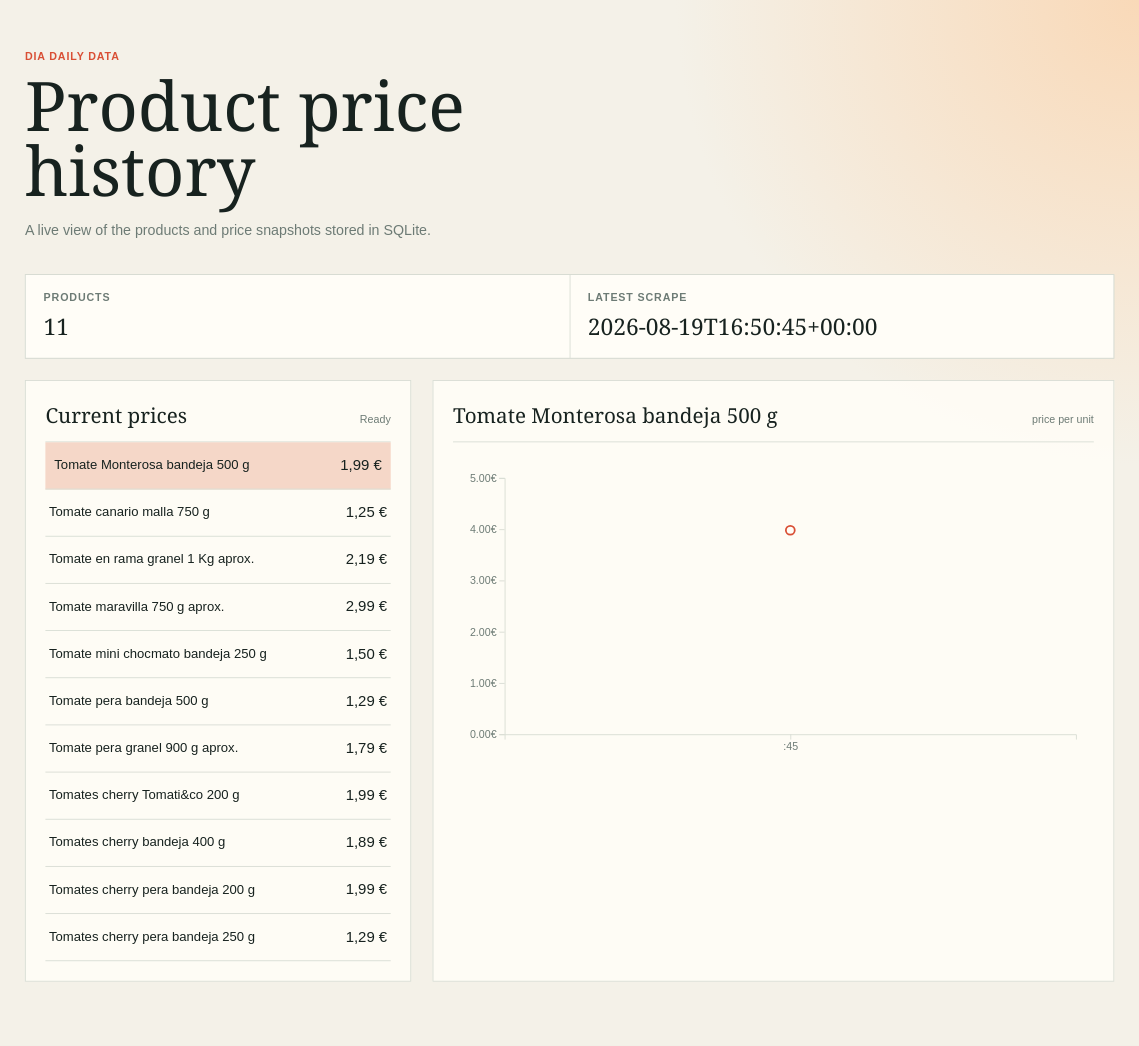
Repository: lloop/dia-daily-data
Page: http://localhost/
An editor plug-in stored every save of this project. The page is shown before and after the next save, followed by the edit.
The browser window is 1280 px wide. The pictures show the whole page, at 89% of full size.
The page is served by the project's application, run on Flask 3 (dia_daily_scraper/app.py). The page reads the database file committed with the project.

Above is the page before, as saved 2026-08-19 22:48:04.

After the next save:
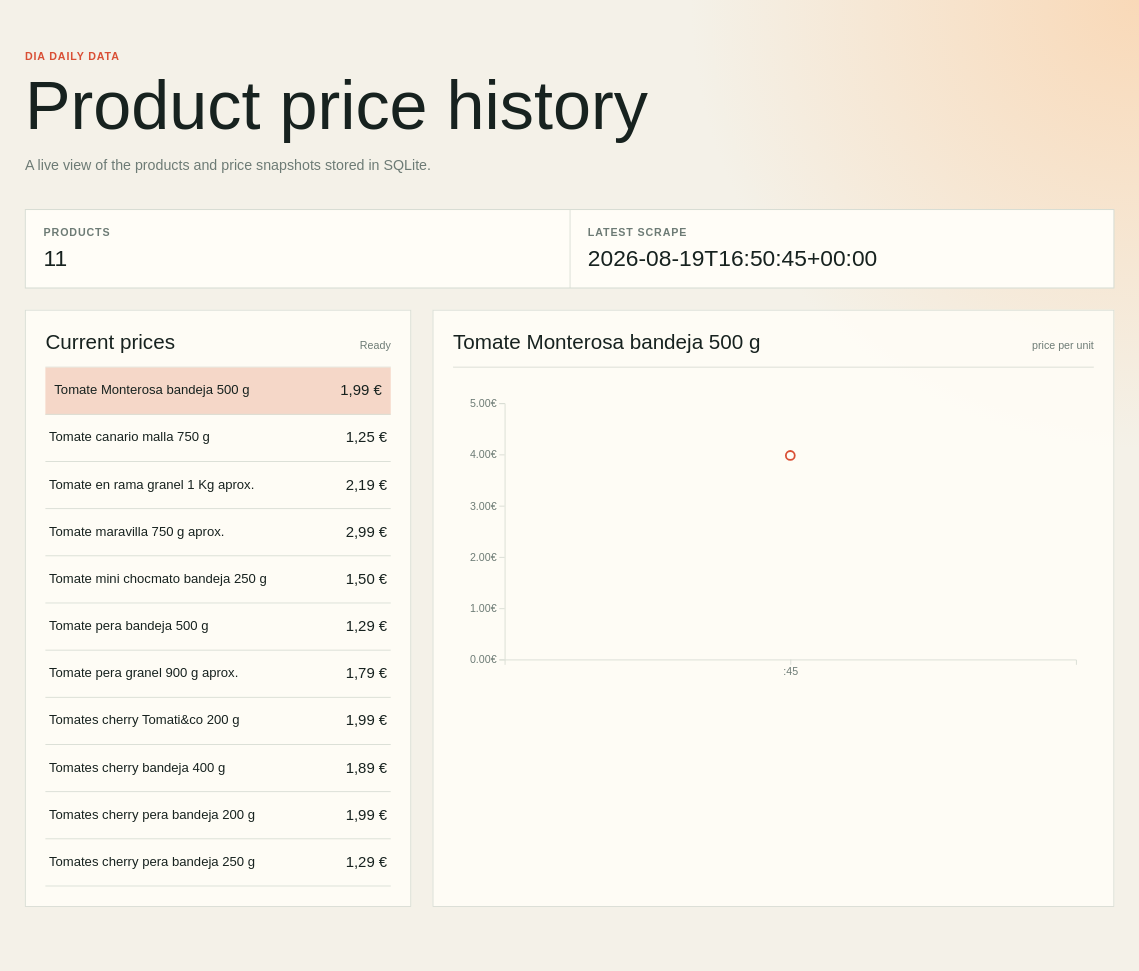
Saved 1 s later.
--- a/dia_daily_scraper/static/styles.css
+++ b/dia_daily_scraper/static/styles.css
@@ -10,7 +10,7 @@
 }
 
 * { box-sizing: border-box; }
-body { margin: 0; background: radial-gradient(circle at top right, #f9d9b8 0, transparent 30%), var(--paper); color: var(--ink); font-family: Georgia, 'Times New Roman', serif; }
+body { margin: 0; background: radial-gradient(circle at top right, #f9d9b8 0, transparent 30%), var(--paper); color: var(--ink); font-family: Arial, Helvetica, sans-serif;}
 .dashboard { max-width: 1280px; margin: 0 auto; padding: 56px 28px 72px; }
 .dashboard__header { max-width: 700px; margin-bottom: 36px; }
 .eyebrow, .summary__label, #status, #chart-unit { font: 600 0.75rem/1.2 Arial, sans-serif; letter-spacing: 0.08em; text-transform: uppercase; }
